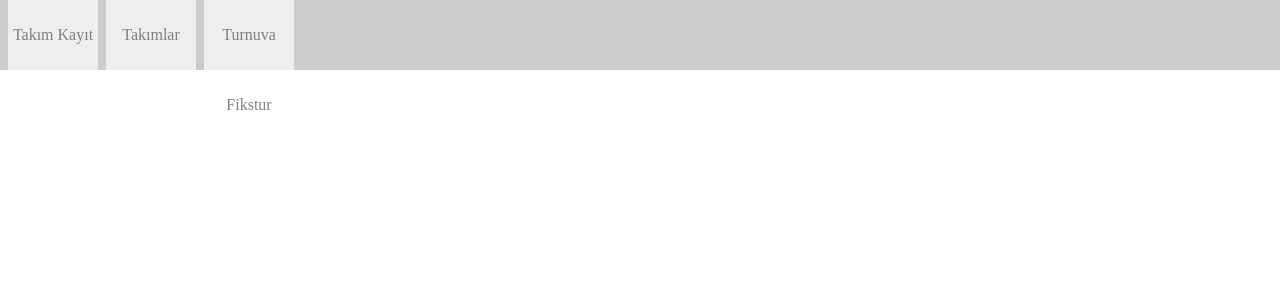
Repository: oktembaris77/internet_final
Page: http://localhost/internetfinal/
These files come from the project's save history. The page is drawn as it stood at one moment and after the next save; the edit follows.
The browser window is 1280 px wide. The pictures show the whole page.
The page is served by Tomcat 9.

Above is the page before, as saved 2020-05-11 19:29:51.

After the next save:
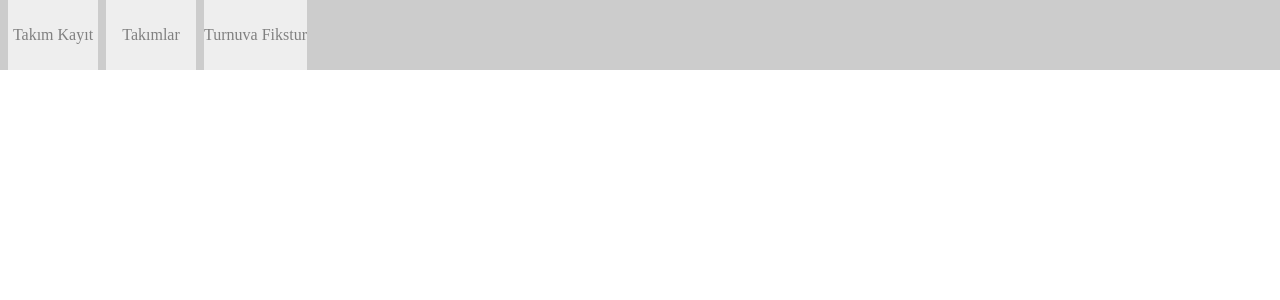
Saved 25 s later.
--- a/internetfinal/WebContent/index.jsp
+++ b/internetfinal/WebContent/index.jsp
@@ -23,7 +23,7 @@ color:gray;
 
 #sayfabtn{
 height:70px;
-width:90px;
+min-width:90px;
 background-color:#eee;
 color:white;
 text-align:center;
